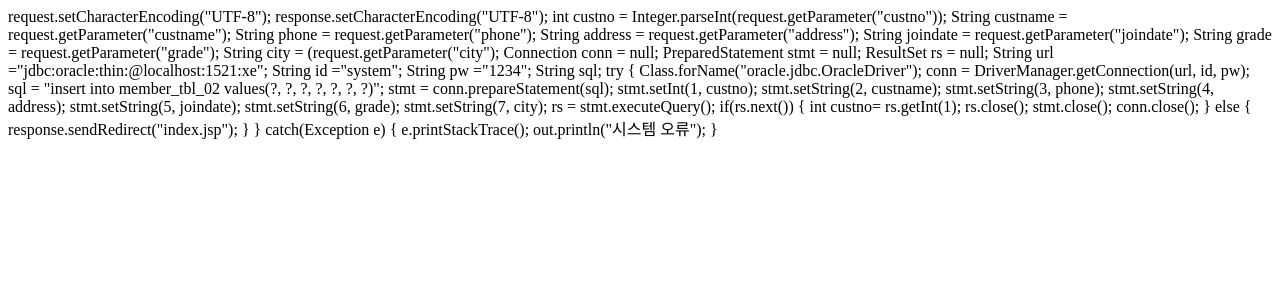
Repository: foodduck/HRD_exam
Page: http://localhost/HRD_1234/registerPro.jsp
The author's editor kept a copy of each file at every save. The page is drawn from the files as they stood at one save, then again after the next save.
The browser window is 1280 px wide. The pictures show the whole page.
The page is served by Tomcat 9.

Above is the page before, as saved 2022-02-14 10:07:23.

### HRD_1234/WebContent/registerPro.jsp
<%@ page language="java" contentType="text/html; charset=UTF-8"
    pageEncoding="UTF-8"%>
<%@ page import="java.sql.*" %>
<%@page import="java.util.Date" %>
<%@page import="java.text.SimpleDateFormat" %>

	request.setCharacterEncoding("UTF-8");
	response.setCharacterEncoding("UTF-8");

	int custno = Integer.parseInt(request.getParameter("custno"));
	String custname = request.getParameter("custname");
	String phone = request.getParameter("phone");
	String address = request.getParameter("address");
	String joindate = request.getParameter("joindate");
	String grade = request.getParameter("grade");
	String city = (request.getParameter("city");

	Connection conn = null;
	PreparedStatement stmt = null;
	ResultSet rs = null;
	String url ="jdbc:oracle:thin:@localhost:1521:xe";
	String id ="system";
	String pw ="1234";
	String sql;

	try {
		Class.forName("oracle.jdbc.OracleDriver");
		conn = DriverManager.getConnection(url, id, pw);
		sql = "insert into member_tbl_02 values(?, ?, ?, ?, ?, ?, ?)";
		stmt = conn.prepareStatement(sql);
		stmt.setInt(1, custno);
		stmt.setString(2, custname);
		stmt.setString(3, phone);
		stmt.setString(4, address);
		stmt.setString(5, joindate);
		stmt.setString(6, grade);
		stmt.setString(7, city);
		rs = stmt.executeQuery();

		if(rs.next()) {
			int custno= rs.getInt(1);
			rs.close();
			stmt.close();
			conn.close();
		} else {
			response.sendRedirect("index.jsp");
		}
	} catch(Exception e) {
		e.printStackTrace();
		out.println("시스템 오류");
	}

After the next save:
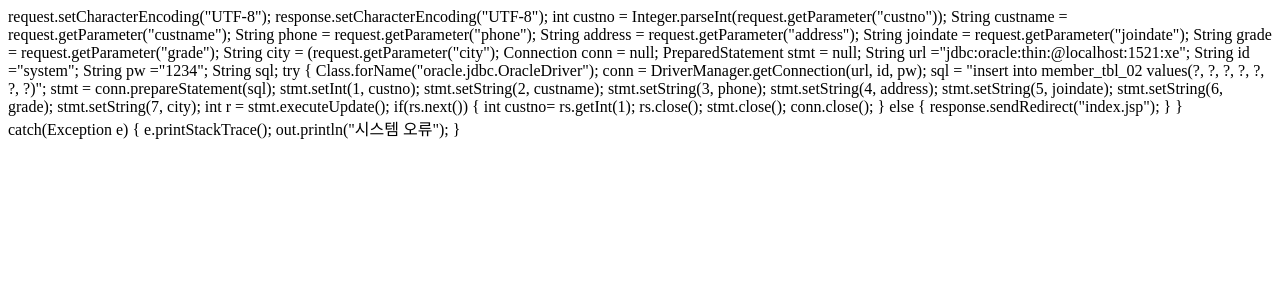
Saved 80 s later.
--- a/HRD_1234/WebContent/registerPro.jsp
+++ b/HRD_1234/WebContent/registerPro.jsp
@@ -17,7 +17,7 @@
 
 	Connection conn = null;
 	PreparedStatement stmt = null;
-	ResultSet rs = null;
+
 	String url ="jdbc:oracle:thin:@localhost:1521:xe";
 	String id ="system";
 	String pw ="1234";
@@ -35,7 +35,7 @@
 		stmt.setString(5, joindate);
 		stmt.setString(6, grade);
 		stmt.setString(7, city);
-		rs = stmt.executeQuery();
+		int r = stmt.executeUpdate();
 
 		if(rs.next()) {
 			int custno= rs.getInt(1);
